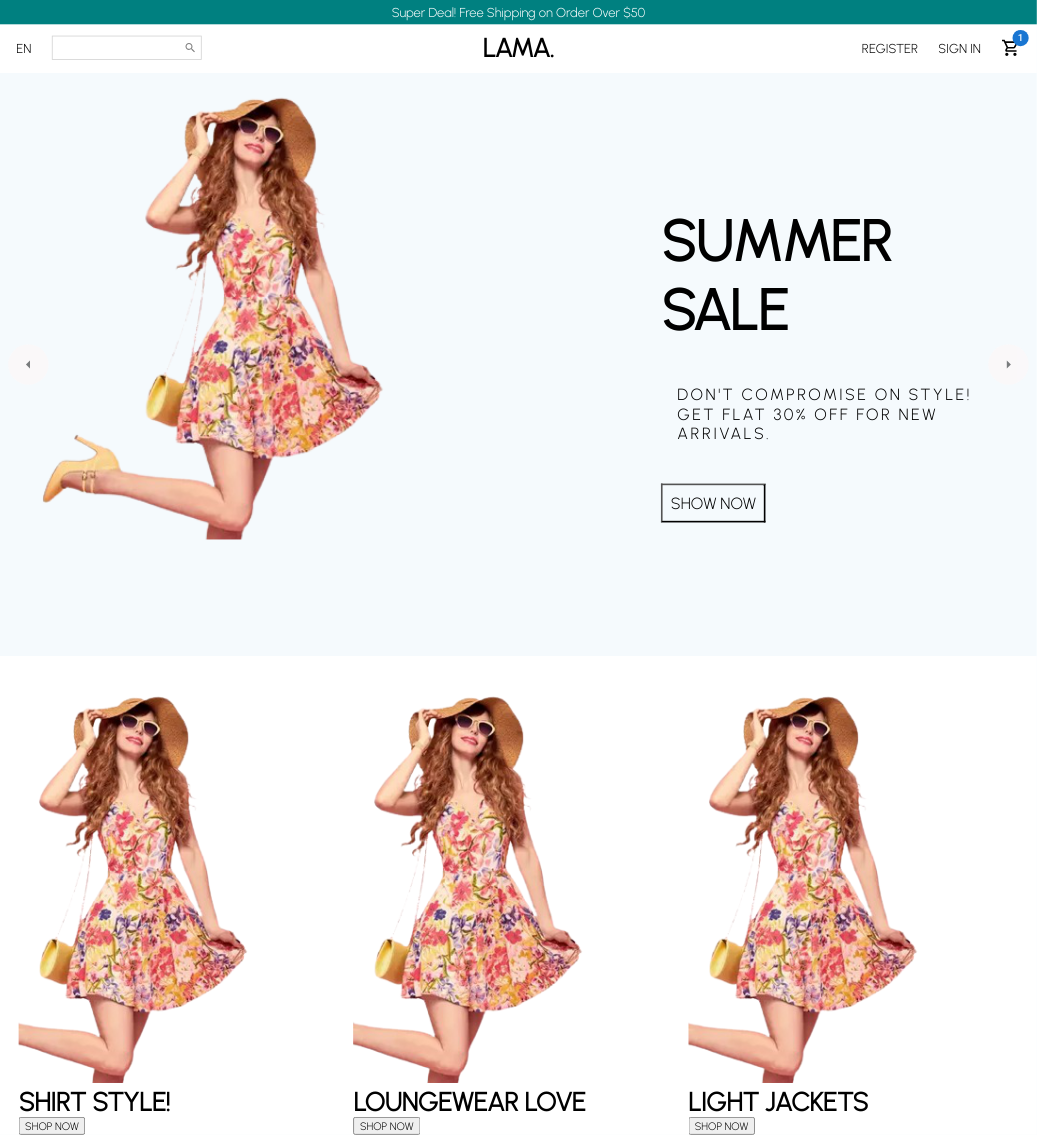
Repository: kmvaghela/ECOMMERCE
Page: /
An editor plug-in stored every save of this project. The page is shown before and after the next save, followed by the edit.
The browser window is 1280 px wide. The pictures show the whole page, at 81% of full size.
The project was rebuilt for these pictures with package versions that can differ from the ones it lists, and the page was loaded fresh each time.

Above is the page before, as saved 2022-02-22 20:53:13.

### public/index.html
<!DOCTYPE html>
<html lang="en">

<head>
  <meta charset="utf-8" />
  <meta name="viewport" content="width=device-width, initial-scale=1" />
  <meta name="description" content="Web site created using create-react-app" />
  <link href="https://fonts.googleapis.com/css2?family=Urbanist:wght@100;200;300&display=swap" rel="stylesheet">
  <style>
    * {
      margin: 0;
      font-family: 'Urbanist', sans-serif;
    }
  </style>
  <title>React App</title>
</head>

<body>
  <noscript>You need to enable JavaScript to run this app.</noscript>
  <div id="root"></div>
</body>

</html>

### src/pages/Home.jsx
import React from "react";
import Announcement from "../components/Announcement";
import Categories from "../components/Categories";
import Navbar from "../components/Navbar";
import Slider from "../components/Slider";
const Home = () => {
  return (
    <div>
      <Announcement />
      <Navbar />
      <Slider />
      <Categories />
    </div>
  );
};
export default Home;

### src/components/Announcement.jsx
import styled from "styled-components";

const Container = styled.div`
  height: 30px;
  background-color: teal;
  color: white;
  display: flex;
  align-items: center;
  justify-content: center;
  font-size: 14;
  font-weight: 500;
`;

const Announcement = () => {
  return (
    <Container>
      Super Deal! Free Shipping on Order Over $50
    </Container>
  );
};

export default Announcement;

### src/components/Categories.jsx
import styled from "styled-components";
import { categories } from "../data";
import CategoryItem from "./CategoryItem";

const Container = styled.div`
  display: flex;
  padding: 20px;
  justify-content: space-between;
`;

const Categories = () => {
  return (
    <Container>
      {categories.map((item) => (
        <CategoryItem item={item} />
      ))}
    </Container>
  );
};

export default Categories;

### src/components/Navbar.jsx
import React from "react";
import styled from "styled-components";
import SearchOutlinedIcon from "@mui/icons-material/SearchOutlined";
import ShoppingCartOutlinedIcon from "@mui/icons-material/ShoppingCartOutlined";
import Badge from "@mui/material/Badge";

const Container = styled.div`
  height: 60px;
`;
const Wrapper = styled.div`
  padding: 10px 20px;
  display: flex;
  align-items: center;
  justify-content: space-between;
`;
const Left = styled.div`
  flex: 1;
  display: flex;
  align-items: center;
`;
const Language = styled.span`
  font-size: 14;
  cursor: pointer;
`;
const SearchContainer = styled.div`
  border: 0.5px solid lightgray;
  display: flex;
  align-items: center;
  margin-left: 25px;
  padding: 5px;
`;
const Input = styled.input`
  border: none;
`;

const Center = styled.div`
  flex: 2;
`;
const Logo = styled.h1`
  font-weight: bold;
  text-align: center;
`;

const Right = styled.div`
  flex: 1;
  display: flex;
  align-items: center;
  justify-content: flex-end;
`;
const MenuItem = styled.div`
  font-size: 14;
  cursor: pointer;
  margin-left: 25px;
`;

const Navbar = () => {
  return (
    <Container>
      <Wrapper>
        <Left>
          <Language>EN</Language>
          <SearchContainer>
            <Input />
            <SearchOutlinedIcon style={{color:"gray",fontSize:16}}/>
          </SearchContainer>
        </Left>
        <Center>
          <Logo>LAMA.</Logo>
        </Center>
        <Right>
          <MenuItem>REGISTER</MenuItem>
          <MenuItem>SIGN IN</MenuItem>
          <MenuItem>
            <Badge badgeContent={1} color="primary">
              <ShoppingCartOutlinedIcon />
            </Badge>
          </MenuItem>
        </Right>
      </Wrapper>
    </Container>
  );
};
export default Navbar;

### src/components/Slider.jsx
import React, { useState } from "react";
import styled from "styled-components";
import { ArrowLeftOutlined, ArrowRightOutlined } from "@mui/icons-material";
import { sliderItems } from "../data";
const Container = styled.div`
  width: 100%;
  height: 100vh;
  display: flex;
  position: relative;
  overflow: hidden;
`;
const Arrow = styled.div`
  width: 50px;
  height: 50px;
  background-color: #fff7f7;
  border-radius: 50%;
  display: flex;
  align-items: center;
  justify-content: center;
  position: absolute;
  top: 0;
  bottom: 0;
  left: ${(props) => props.direction === "left" && "10px"};
  right: ${(props) => props.direction === "right" && "10px"};
  margin: auto;
  cursor: pointer;
  opacity: 0.5;
  z-index: 2;
`;

const Wrapper = styled.div`
  height: 100%;
  display: flex;
  transform: translateX(${(props) => props.slideIndex * -100}vw);
  transition: all 1.5s ease;
`;

const Slide = styled.div`
  width: 100vw;
  height: 100vh;
  display: flex;
  align-items: center;
  background-color: ${(props) => props.bg};
`;
const ImgContainer = styled.div`
  height: 100%;
  flex: 1;
`;
const InfoContainer = styled.div`
  flex: 1;
  padding: 50px;
`;
const Image = styled.img`
  height: 80%;
`;

const Title = styled.h1`
  font-size: 70px;
`;
const Desc = styled.p`
  margin: 50px 20px;
  font-size: 20px;
  font-weight: 500;
  letter-spacing: 3px;
`;
const Button = styled.button`
  padding: 10px;
  font-size: 20px;
  background-color: transparent;
  cursor: pointer;
`;

const Slider = () => {
  const [slideIndex, setSlideIndex] = useState(0);
  const handleClick = (direction) => {
    if (direction === "left") {
      setSlideIndex(slideIndex > 0 ? slideIndex - 1 : 2);
    } else {
      setSlideIndex(slideIndex < 2 ? slideIndex + 1 : 0);
    }
  };
  return (
    <Container>
      <Arrow direction="left" onClick={() => handleClick("left")}>
        <ArrowLeftOutlined />
      </Arrow>
      <Wrapper slideIndex={slideIndex}>
        {sliderItems.map((item) => (
          <Slide bg={item.bg}>
            <ImgContainer>
              <Image src={item.img} alt="" />
            </ImgContainer>
            <InfoContainer>
              <Title>{item.title}</Title>
              <Desc>{item.desc}</Desc>
              <Button>SHOW NOW</Button>
            </InfoContainer>
          </Slide>
        ))}
      </Wrapper>
      <Arrow direction="right" onClick={() => handleClick("right")}>
        <ArrowRightOutlined />
      </Arrow>
    </Container>
  );
};

export default Slider;

### src/data.js
import img1 from "./assets/1.png";

export const sliderItems = [
    {
        id: 1,
        img: img1,
        title: "SUMMER SALE",
        desc: "DON'T COMPROMISE ON STYLE! GET FLAT 30% OFF FOR NEW ARRIVALS.",
        bg: "#f5fafd",
    },
    {
        id: 2,
        img: img1,
        title: "AUTUMN COLLECTION",
        desc: "DON'T COMPROMISE ON STYLE! GET FLAT 30% OFF FOR NEW ARRIVALS.",
        bg: "#fcf1ed",
    },
    {
        id: 3,
        img: img1,
        title: "LOUNGEWEAR LOVE",
        desc: "DON'T COMPROMISE ON STYLE! GET FLAT 30% OFF FOR NEW ARRIVALS.",
        bg: "#fbf0f4",
    }
];

export const categories = [
    {
        id: 1,
        img: img1,
        title: "SHIRT STYLE!",
    },
    {
        id: 2,
        img: img1,
        title: "LOUNGEWEAR LOVE",
    },
    {
        id: 3,
        img: img1,
        title: "LIGHT JACKETS",
    }
];

### src/components/CategoryItem.jsx
import React from "react";
import styled from "styled-components";

const Container = styled.div`
  flex: 1;
  margin: 3px;
  height: 70vh;
`;

const Image = styled.img`
  width: 100%;
  height: 100%;
  object-fit: cover;
`;
const Info = styled.div``;
const Title = styled.h1``;
const Button = styled.button``;

const CategoryItem = ({ item }) => {
  return (
    <Container key={item.id}>
      <Image src={item.img} alt="not  found" />
      <Info>
        <Title>{item.title}</Title>
        <Button>SHOP NOW</Button>
      </Info>
    </Container>
  );
};

export default CategoryItem;

Loaded but not shown: src/index.js (common file); src/App.jsx (common file)

After the next save:
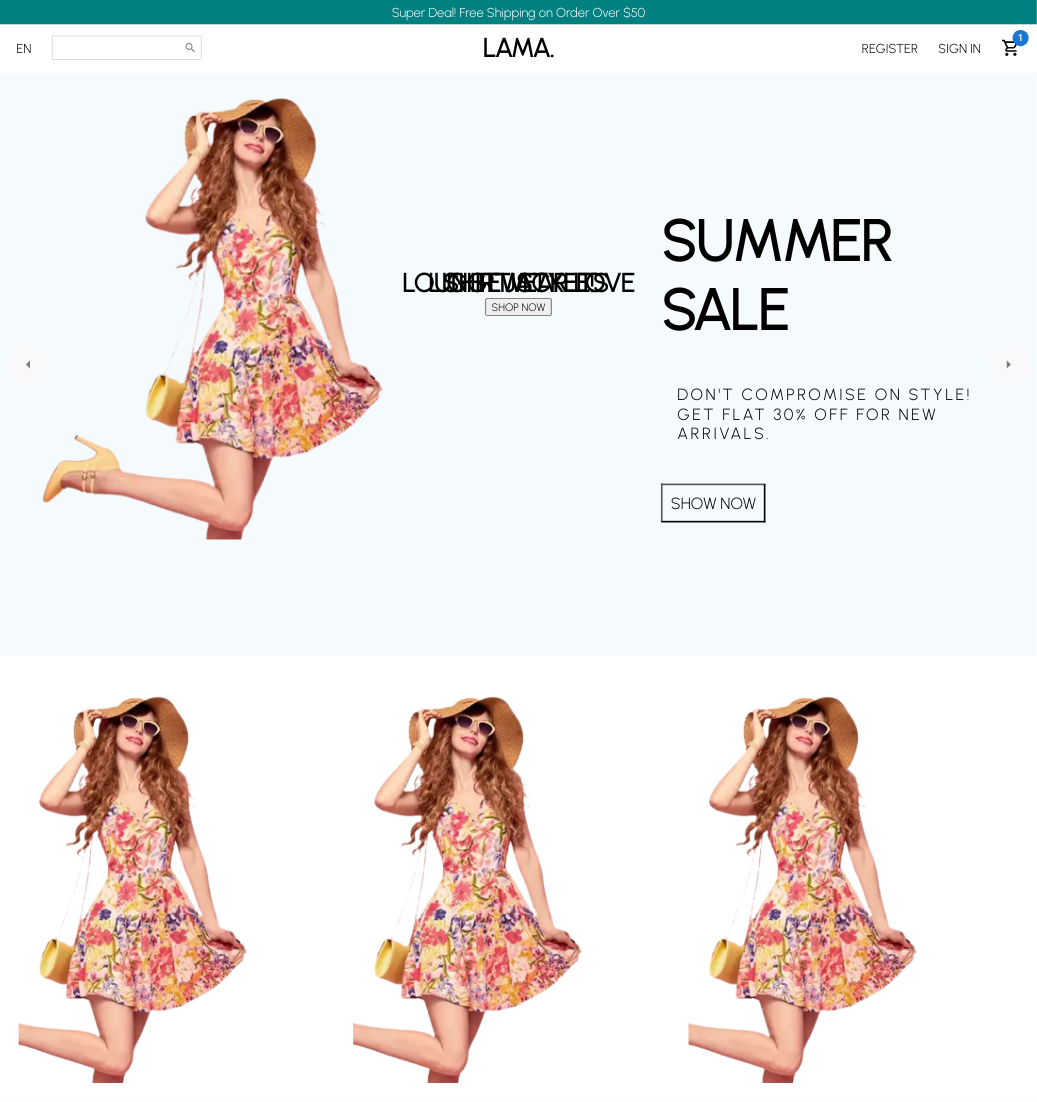
Saved 2 min 21 s later.
--- a/src/components/CategoryItem.jsx
+++ b/src/components/CategoryItem.jsx
@@ -12,7 +12,17 @@
   height: 100%;
   object-fit: cover;
 `;
-const Info = styled.div``;
+const Info = styled.div`
+  position: absolute;
+  top: 0;
+  left: 0;
+  width: 100%;
+  height: 100%;
+  display: flex;
+  flex-direction: column;
+  align-items: center;
+  justify-content: center;
+`;
 const Title = styled.h1``;
 const Button = styled.button``;
 
